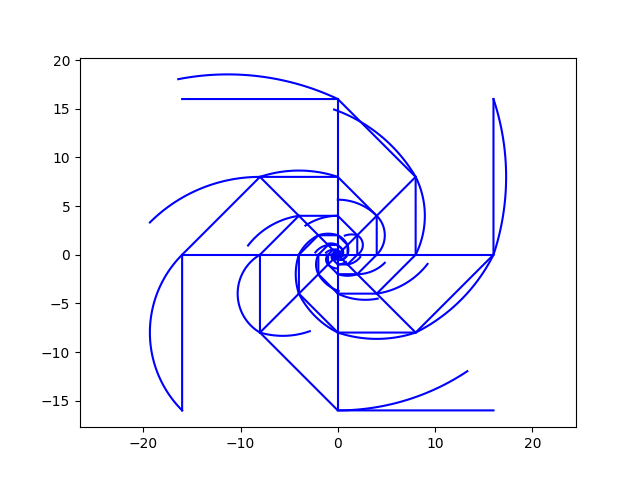
Repository: lbylzkx/Circle-Point-Manuscript
Script's output: python 卍.py
These files come from the project's save history. The script's output is drawn as it stood at one moment and after the next save; the edit follows.
Random numbers start from a fixed seed.

Above is the script's output before, as saved 2023-09-25 15:36:34.

### 卍.py
import numpy as np
import matplotlib.pyplot as plt
from arc import *
from 卍spiral import *


def x_position(n, thelta=0):
    return np.sqrt(2)**n*np.cos(n*np.pi/4+thelta)


def y_position(n, thelta=0):
    return np.sqrt(2)**n*np.sin(n*np.pi/4+thelta)


# axis
x_axis_1 = [x_position(8), x_position(8, thelta=np.pi)]
y_axis_1 = [y_position(8), y_position(8, thelta=np.pi)]
plt.plot(x_axis_1, y_axis_1, 'b')

x_axis_2 = [x_position(8, thelta=np.pi/2), x_position(8, thelta=3*np.pi/2)]
y_axis_2 = [y_position(8, thelta=np.pi/2), y_position(8, thelta=3*np.pi/2)]
plt.plot(x_axis_2, y_axis_2, 'b')

x_axis_3 = [x_position(7, thelta=0), x_position(7, thelta=np.pi)]
y_axis_3 = [y_position(7, thelta=0), y_position(7, thelta=np.pi)]
plt.plot(x_axis_3, y_axis_3, 'b')

x_axis_4 = [x_position(7, thelta=np.pi/2), x_position(7, thelta=3*np.pi/2)]
y_axis_4 = [y_position(7, thelta=np.pi/2), y_position(7, thelta=3*np.pi/2)]
plt.plot(x_axis_4, y_axis_4, 'b')
# axis

x1 = [x_position(i, thelta=0) for i in range(-10, 10)]
y1 = [y_position(i, thelta=0) for i in range(-10, 10)]
plt.plot(x1, y1, 'b')

x2 = [x_position(i, thelta=np.pi/2) for i in range(-10, 10)]
y2 = [y_position(i, thelta=np.pi/2) for i in range(-10, 10)]
plt.plot(x2, y2, 'b')

x3 = [x_position(i, thelta=np.pi) for i in range(-10, 10)]
y3 = [y_position(i, thelta=np.pi) for i in range(-10, 10)]
plt.plot(x3, y3, 'b')

x4 = [x_position(i, thelta=3*np.pi/2) for i in range(-10, 10)]
y4 = [y_position(i, thelta=3*np.pi/2) for i in range(-10, 10)]
plt.plot(x4, y4, 'b')

for alpha in range(0, 4):
    for n in range(-10, 9):
        arc((loutus_x_center(n, alpha*np.pi/4), loutus_y_center(n, alpha*np.pi/2)),
            (x_position(n, alpha*np.pi/2), y_position(n, alpha*np.pi/2)), (loutus_x_to(n, alpha*np.pi/2), loutus_y_to(n, alpha*np.pi/2)))

# arc((-8, 8), (16, 0), (16, 16))

plt.axis('equal')
plt.show()

### arc.py
import matplotlib.pyplot as plt
import numpy as np
import sys
sys.path.append('C:/Userslbylzk/Documents/BaiduSyncdisk/Flowers')

""""""
# 从point1到point2的圆弧
""""""


def arc(center, point1, point2, color='b'):
    # 计算端点到圆心的向量
    vector1 = np.array(point1) - np.array(center)
    vector2 = np.array(point2) - np.array(center)

    # 计算向量的模长
    r1 = np.linalg.norm(vector1)
    r2 = np.linalg.norm(vector2)

    # 计算向量之间的夹角
    theta1 = np.arctan2(vector1[1], vector1[0])
    theta2 = np.arctan2(vector2[1], vector2[0])

    # 确保 theta2 > theta1
    if theta2 < theta1:
        theta2 += 2 * np.pi

    # 计算圆弧上的点
    t = np.linspace(theta1, theta2, 100)
    x = center[0] + r1 * np.cos(t)
    y = center[1] + r1 * np.sin(t)

    # X,Y轴等长
    plt.axis('equal')
    # 绘制圆弧
    plt.plot(x, y, color)


# 示例
# arc((1, 1), (2, 1), (1, 0), 'r')
# arc((1, 1), (1, 0), (2, 1))
# plt.axis('equal')
# plt.show()

### 卍spiral.py
import numpy as np
import matplotlib.pyplot as plt
from arc import *


# The points of 卍 or lotus

# center:
def loutus_x_center(n, thelta=0):
    return np.sqrt(2)**(n-1)*np.cos(n*np.pi/4+3*np.pi/4+thelta)


def loutus_y_center(n, thelta=0):
    return np.sqrt(2)**(n-1)*np.sin(n*np.pi/4+3*np.pi/4+thelta)


# from:
def x_position(n, thelta=0):
    return np.sqrt(2)**n*np.cos(n*np.pi/4+thelta)


def y_position(n, thelta=0):
    return np.sqrt(2)**n*np.sin(n*np.pi/4+thelta)

# to:


def loutus_x_to(n, thelta=0):
    return np.sqrt(2)**(n+1)*np.cos(n*np.pi/4+np.pi/4+thelta)


def loutus_y_to(n, thelta=0):
    return np.sqrt(2)**(n+1)*np.sin(n*np.pi/4+np.pi/4+thelta)


# for n in range(-10, 10):
#     arc((x_position(n-1, 3*np.pi/4), y_position(n-1, 3*np.pi/4)),
#         (x_position(n), y_position(n)), (x_position(n+1, np.pi/4), y_position(n+1, np.pi/4)), 'b')
# arc()
# plt.axis('equal')
# plt.show()

After the next save:
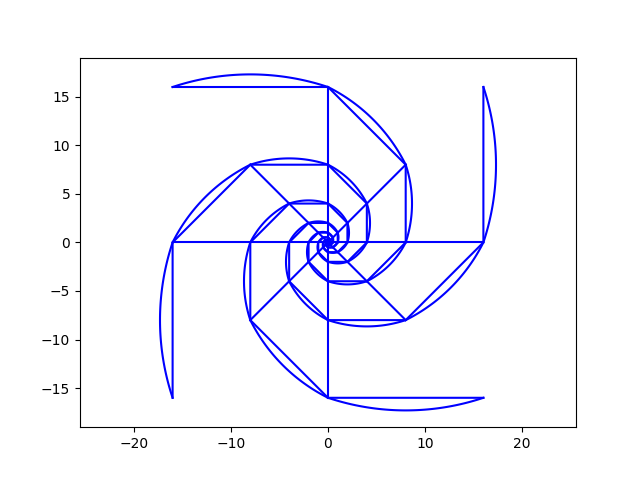
Saved 5 s later.
--- a/卍.py
+++ b/卍.py
@@ -48,7 +48,7 @@ plt.plot(x4, y4, 'b')
 
 for alpha in range(0, 4):
     for n in range(-10, 9):
-        arc((loutus_x_center(n, alpha*np.pi/4), loutus_y_center(n, alpha*np.pi/2)),
+        arc((loutus_x_center(n, alpha*np.pi/2), loutus_y_center(n, alpha*np.pi/2)),
             (x_position(n, alpha*np.pi/2), y_position(n, alpha*np.pi/2)), (loutus_x_to(n, alpha*np.pi/2), loutus_y_to(n, alpha*np.pi/2)))
 
 # arc((-8, 8), (16, 0), (16, 16))
